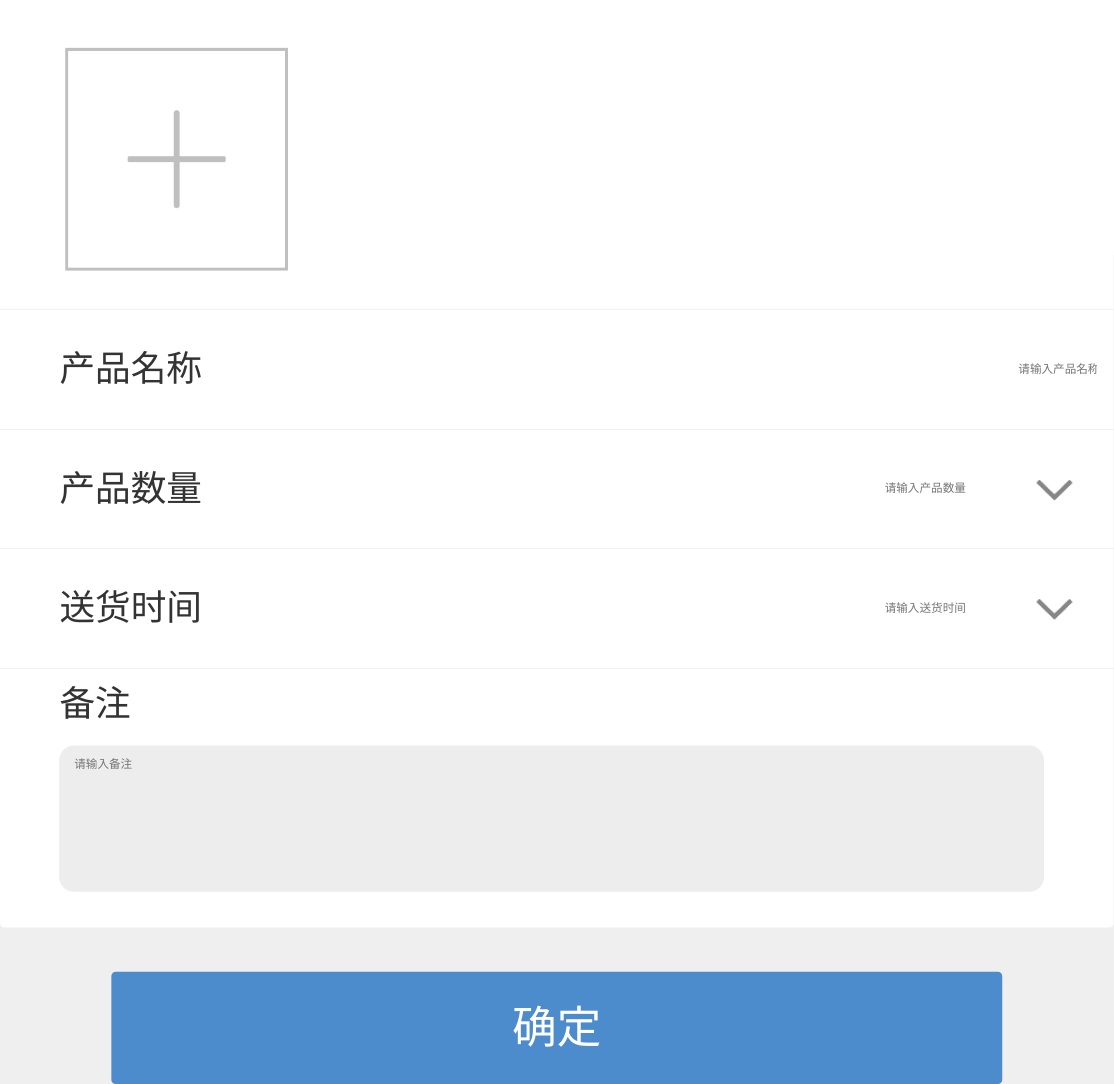
Repository: missing-star/produce
Page: Cbuyer.html
An editor plug-in stored every save of this project. The page is shown before and after the next save, followed by the edit.
The browser window is 1280 px wide. The pictures show the whole page, at 87% of full size.

Above is the page before, as saved 2019-05-20 10:50:32.

### Cbuyer.html
<!DOCTYPE html>
<html lang="en">

<head>
    <meta charset="UTF-8">
    <meta content="width=device-width, initial-scale=1.0, maximum-scale=1.0, user-scalable=0;" name="viewport" />
    <meta http-equiv="X-UA-Compatible" content="ie=edge">
    <title>采购订单</title>
    <link rel="stylesheet" href="css/Cbuyer.css">
    <link rel="stylesheet" href="css/base.css">
</head>

<body>
    <div id="app">
        <div class="buyer">
            <div class="buyer_wrap">
                <img class="buyer_img" :src="avter==''?'img/upload.png':avter" alt="">
            </div>
            <ul class="buyer_uu">
                <li>
                    <span>产品名称</span>
                    <div class="box">
                        <input type="text" v-model="title" placeholder="请输入产品名称" id="hh">
                        <!-- <span>请输入产品名称</span> -->
                        <!-- <span class="next" @click="select"></span> -->
                        <!-- <img  src="img/xia.png" alt="" > -->
                        <!-- <select name="" id="">
                            <option>1</option>
                            <option>2</option>
                            <option>3</option>
                            <option>4</option>
                        </select> -->
                    </div>

                </li>
                <li>
                    <span>产品数量</span>
                    <div class="box">
                        <!-- <span>请输入产品数量</span> -->
                        <input type="text" placeholder="请输入产品数量" id="">
                        <img class="next" src="img/xia.png" alt="">
                    </div>
                </li>
                <li>
                    <span>送货时间</span>
                    <div class="box">
                        <!-- <span>请输入产品数量</span> -->
                        <input type="text" placeholder="请输入送货时间" id="">
                        <img class="next" src="img/xia.png" alt="">
                    </div>
                </li>
            </ul>
            <div class="buyer_text">
                <p>备注</p>
                <textarea placeholder="请输入备注" name="" id="" cols="30" rows="10"></textarea>
            </div>
        </div>

        <div class="edit_btn">确定</div>
    </div>
</body>

</html>
<script src="js/jquery.min.js"></script>
<script src="js/vue.js"></script>
<script src="js/api.js"></script>
<script src="js/jquery.combo.select.js"></script>
<script src="js/Cbuyer.js"></script>

### css/Cbuyer.css
.buyer {
    width: 100%;
    background: rgba(255, 255, 255, 1);
    border-radius: 0px 0px 5px 5px;
}

.buyer_wrap {
    padding: 0.16rem 0 0.13rem 0.22rem;
    line-height: 0;
}

.buyer_img {
    width: 0.75rem;
    height: 0.75rem;
}

.buyer_uu li {
    font-size: 0.12rem;
    border-top: 1px solid #EDEDED;
    display: flex;
    align-items: center;
    justify-content: space-between;
    padding: 0 0.05rem 0 0.2rem;
    line-height: 0.4rem;
    color: #333333;
}

.box {
    display: flex;
    align-items: center;
    justify-content: flex-end;
}

.box>input {
    width: 50%;
    border: 0;
    outline: none;
    background: transparent;
    color: #868686;
}

.next {
    display: block;
    width: 0.3rem;
    height: 0.3rem;
    background: url(../img/xia.png)no-repeat;
    background-size: 100% 100%;
    line-height: 0.3rem;
}

.buyer_text {
    font-size: 0.12rem;
    color: #333333;
    padding: 0.06rem 0.2rem 0.1rem;
    border-top: 1px solid #EDEDED;
}

textarea {
    width: 96%;
    height: 0.43rem;
    background: rgba(237, 237, 237, 1);
    border-radius: 0.05rem;
    margin-top: 0.08rem;
    border: 0;
    resize: none;
    outline: none;
    padding: 0.03rem 0.05rem;
}

.edit_btn {
    width: 80%;
    height: 0.38rem;
    background: rgba(76, 139, 204, 1);
    border-radius: 5px;
    font-size: 0.15rem;
    color: rgba(255, 255, 255, 1);
    text-align: center;
    line-height: 0.38rem;
    margin: 0.15rem auto 0;
}

#Svalue {
    width: 0.3rem;
    height: 0.3rem;
    background: url(../img/xia.png)no-repeat;
    background-size: 100% 100%;
    /* color: transparent; */
}

### css/base.css
/* http://meyerweb.com/eric/tools/css/reset/
   v2.0 | 20110126
   License: none (public domain)
*/

html,
body,
div,
span,
applet,
object,
iframe,
h1,
h2,
h3,
h4,
h5,
h6,
p,
blockquote,
pre,
a,
abbr,
acronym,
address,
big,
cite,
code,
del,
dfn,
em,
img,
ins,
kbd,
q,
s,
samp,
small,
strike,
strong,
sub,
sup,
tt,
var,
b,
u,
i,
center,
dl,
dt,
dd,
ol,
ul,
li,
fieldset,
form,
label,
legend,
table,
caption,
tbody,
tfoot,
thead,
tr,
th,
td,
article,
aside,
canvas,
details,
embed,
figure,
figcaption,
footer,
header,
hgroup,
menu,
nav,
output,
ruby,
section,
summary,
time,
mark,
audio,
video {
    margin: 0;
    padding: 0;
    border: 0;
    font-size: 100%;
    font: inherit;
    vertical-align: baseline;
}

/* HTML5 display-role reset for older browsers */
article,
aside,
details,
figcaption,
figure,
footer,
header,
hgroup,
menu,
nav,
section {
    display: block;
}

body {
    line-height: 1;
}

ol,
ul {
    list-style: none;
}

blockquote,
q {
    quotes: none;
}

blockquote:before,
blockquote:after,
q:before,
q:after {
    content: '';
    content: none;
}

table {
    border-collapse: collapse;
    border-spacing: 0;
}


body,
html {
    font-size: calc(100vw / 3.75);
    background: #efefef;
    font-family: PingFangSC-Regular;
}


[v-cloak] {
    display: none;
}


hr {
    margin: 0;
    padding: 0;
}

/* .container {
    width: 90%;
    max-width: 1200px;
    margin: 0 auto;
} */

.toast-tips {
    width: 20%;
    background: #323232;
    color: #fff;
    font-size: 12px;
    position: fixed;
    padding: 8px 20px;
    border-radius: 5px;
    left: 40%;
    bottom: 50%;
    text-align: center;
    box-sizing: border-box;
}

### js/api.js
var api = "http://police.pzhkj.cn"




function getUrlKey(name) {
    return decodeURIComponent((new RegExp('[?|&]' + name + '=' + '([^&;]+?)(&|#|;|$)').exec(location.href) || [, ""])[1].replace(/\+/g, '%20')) || null
}

// 信息提示框
function toast(msg) {
    var toastWrapper = '<div class="toast-tips">'+msg+'</div>';
    $('body').append(toastWrapper);
    setTimeout(function() {
        $('.toast-tips').fadeOut(1000);
        setTimeout(function(){
        $('.toast-tips').remove();
        }, 1000);
    }, 300);
}

### js/Cbuyer.js
var xm = new Vue({
    el: "#app",
    data: {
        avter: '',
        title: '',
    },
    methods: {
        select() {
            alert(11)
            //  $(".next").find('select.Svalue').click();
            // document.getElementById('Svalue').click();
            document.getElementById("Svalue").click()
            // document.getElementById
            console.log(document.getElementById('Svalue'))
        },
        ddl_change() {
            this.title = $("#Svalue").val()
        },
        uploadImg() {
            // 上传图片
            $.post(api+'/api/common/upload',{
                product_name:this.title,
                // 商品数量
                qty:1,
                product_image:'',
                delivery_at:''
            },function(data) {

            },'json')
            .err(function(err) {
                toast('服务器异常');
            });
        },
        addOrder() {
            // 上传采购记录
            $.post(api+'/api/purchase/creOrder',function(data) {

            },'json')
            .err(function(err) {
                toast('服务器异常!');
            });
        }

    },

});




$(function () {
    $('select').comboSelect();

    $('.show').on('click', function (e) {
        $('select').focus();
        e.preventDefault();
    });

    $('.show').on('click', function (e) {
        $('select').trigger('comboselect:close');
        e.preventDefault();
    });
});

Loaded but not shown: js/jquery.min.js (library); js/vue.js (library); js/jquery.combo.select.js (library)

After the next save:
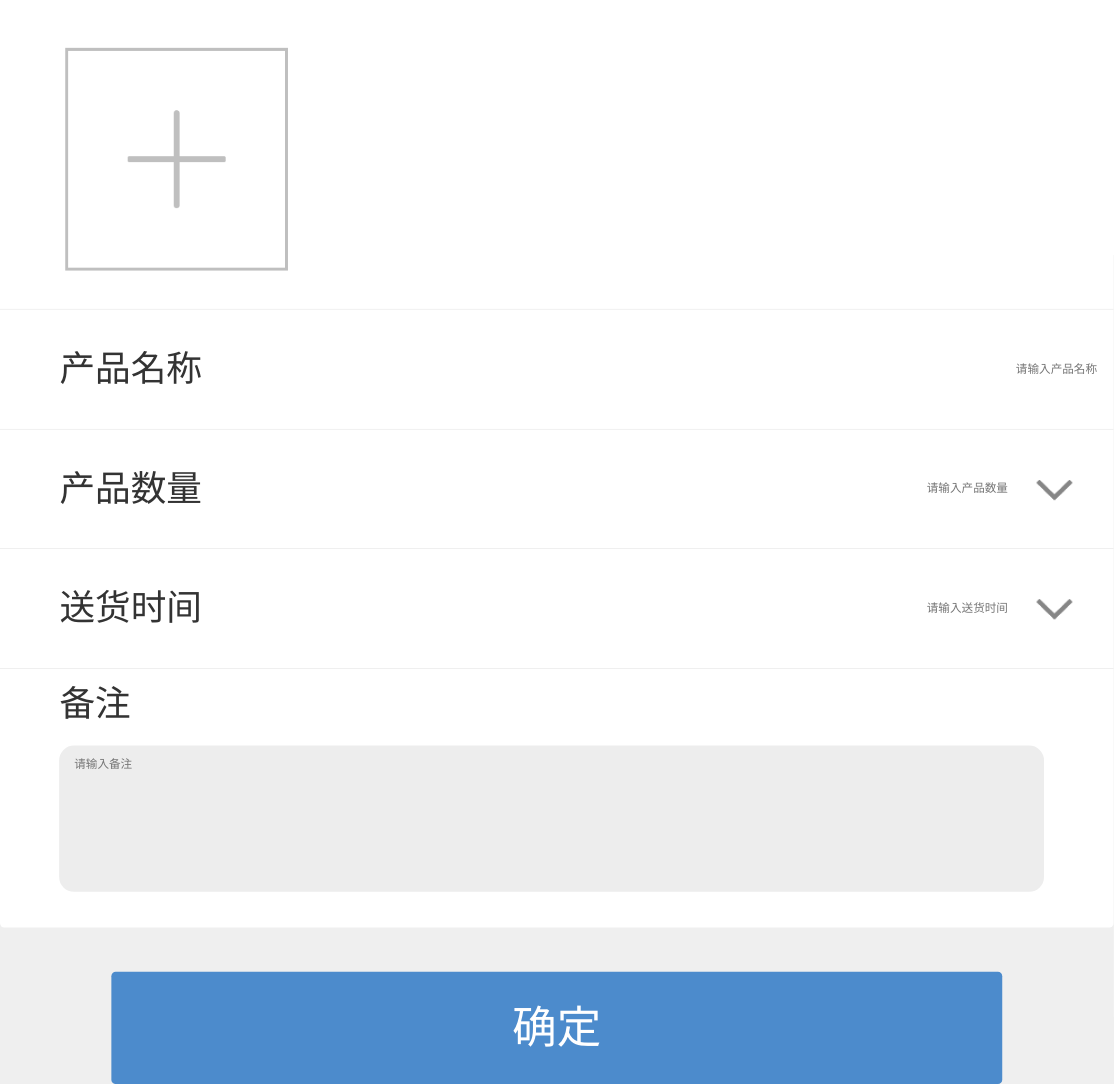
Saved 2 min 16 s later.
--- a/css/Cbuyer.css
+++ b/css/Cbuyer.css
@@ -32,7 +32,7 @@
 }
 
 .box>input {
-    width: 50%;
+    text-align: right;
     border: 0;
     outline: none;
     background: transparent;
